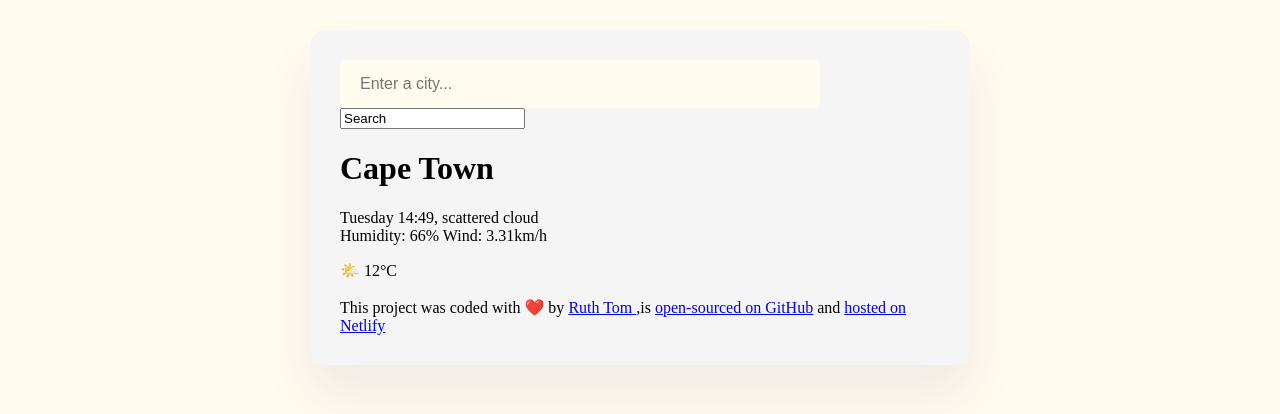
Repository: RuthTom711/Weatherly-App
Page: index.html
The author's editor kept a copy of each file at every save. The page is drawn from the files as they stood at one save, then again after the next save.
The browser window is 1280 px wide. The pictures show the whole page.

Above is the page before, as saved 2025-11-10 23:29:54.

After the next save:
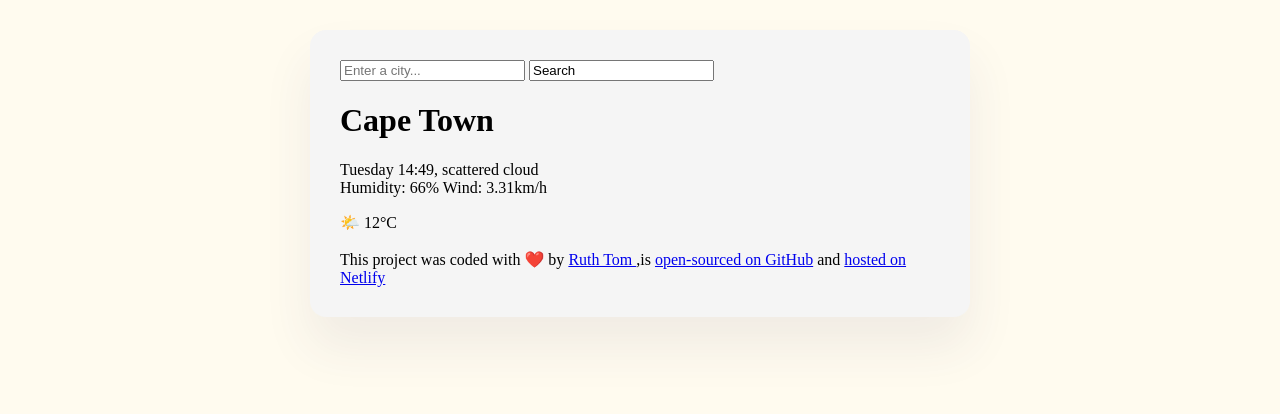
Saved 68 s later.
--- a/src/styles.css
+++ b/src/styles.css
@@ -10,12 +10,5 @@ body {
     box-shadow: 0 30px 50px rgba(65,50,100,0.08);
     border-radius: 16px;
 
+
 }
-.search-form-input {
-    background-color: #fffbef;
-    border: none;
-    border-radius: 6px;
-    width: 80%;
-    font-size: 16px;
-    padding: 15px 20px;
-}
